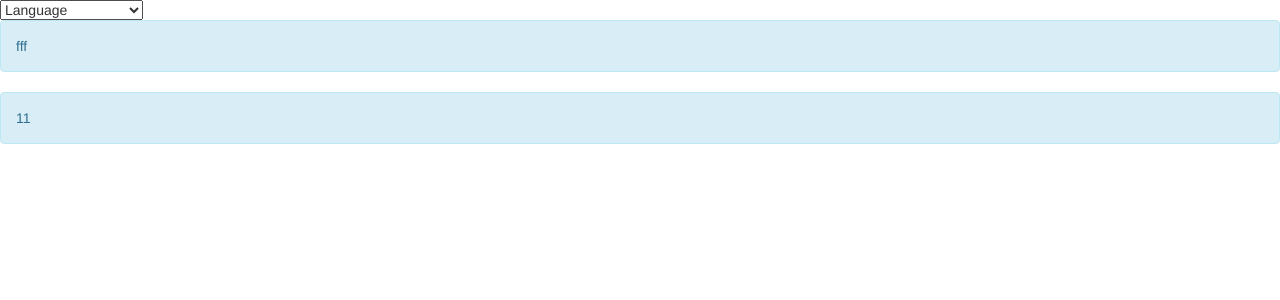
Repository: cwtuan/Locale.js
Page: example/index.html
The author's editor kept a record of every edit. The page is drawn from the files as they stood at one moment, then again after the next edit.
The browser window is 1280 px wide. The pictures show the whole page.
Some web libraries are served in a nearby version.

Above is the page before.

After the next edit:
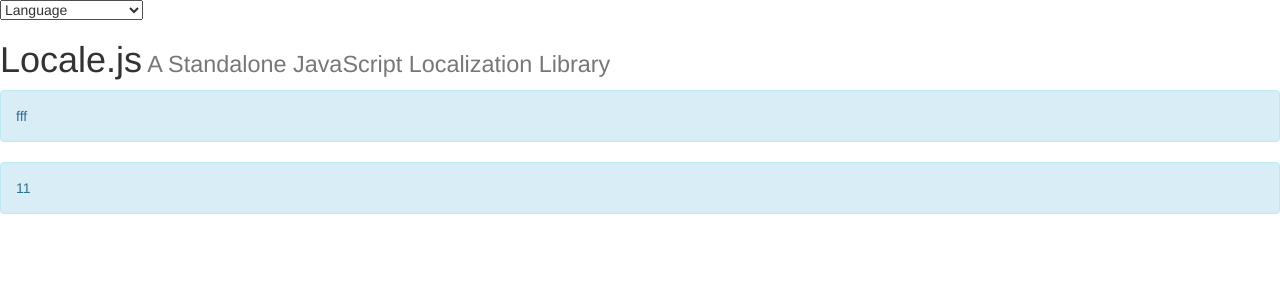
The edit:
--- a/example/index.html
+++ b/example/index.html
@@ -34,7 +34,7 @@
     <div id="content">
     <!--style="display:none"-->
 
-        <!--<h1>Locale.js<small> A Standalone JavaScript Localization Library</small></h1>-->
+        <h1>Locale.js<small> A Standalone JavaScript Localization Library</small></h1>
         <div id="firstElement" class="alert alert-info">fff</div>
         <div id="sencodElement" class="alert alert-info">11</div>
 
